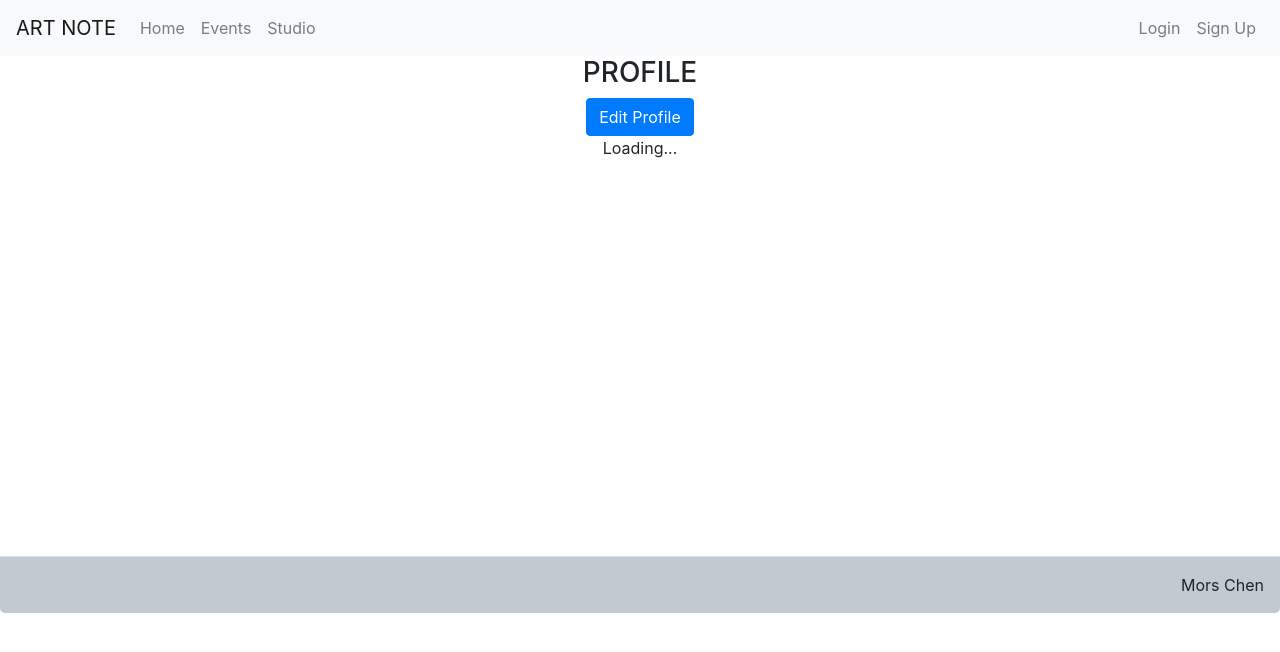
Repository: MorsChen/Final-Client
Page: /profile (app in client-app/)
These files come from the project's save history. The page is drawn as it stood at one moment and after the next save; the edit follows.
The browser window is 1280 px wide. The pictures show the whole page.
The page's requests for data from a server got no answer. The project was rebuilt for these pictures with package versions that can differ from the ones it lists, and the page was loaded fresh each time. No one was signed in, and anything a server would have sent is missing. Also part of the build but not shown: client-app/src/page/Home.js, client-app/src/page/SignUp.js, client-app/src/page/Login.js.

Above is the page before, as saved 2019-10-01 15:37:55.

After the next save:
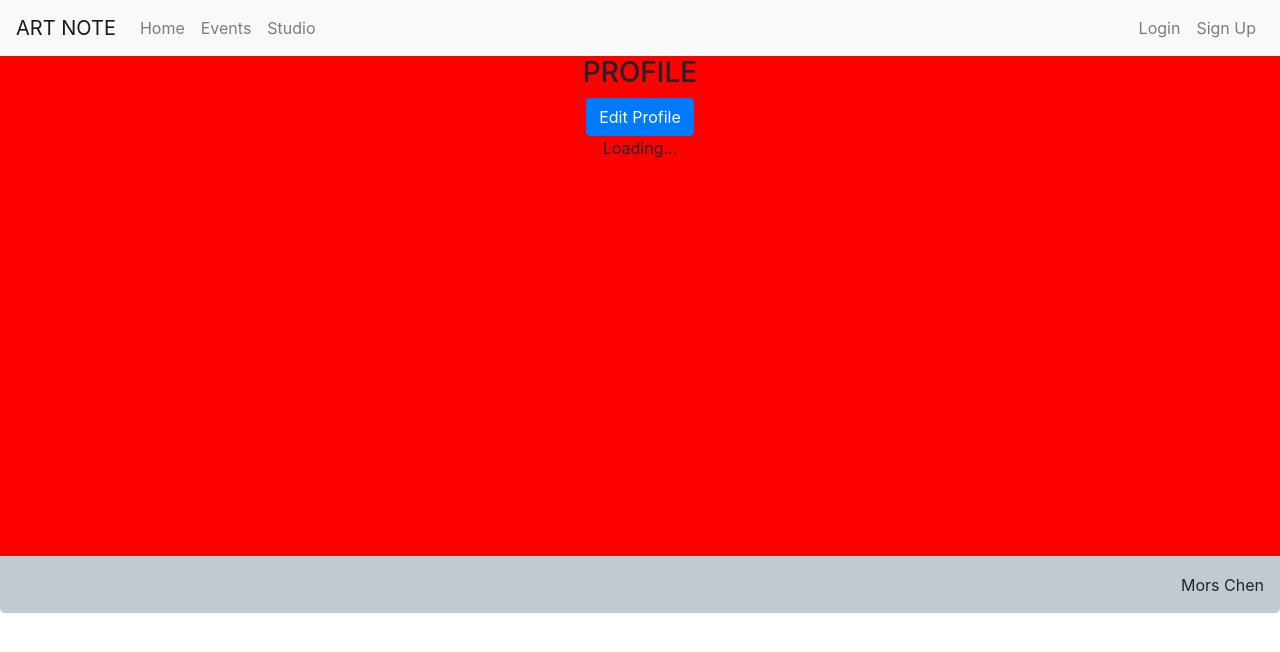
Saved 17 s later.
--- a/client-app/src/App.css
+++ b/client-app/src/App.css
@@ -92,6 +92,7 @@
   text-align: center;
   align-items: center;
   flex-direction: column;
+  background-color: rgb(255, 0, 0);
   margin-top: 2rem;
 }
 
